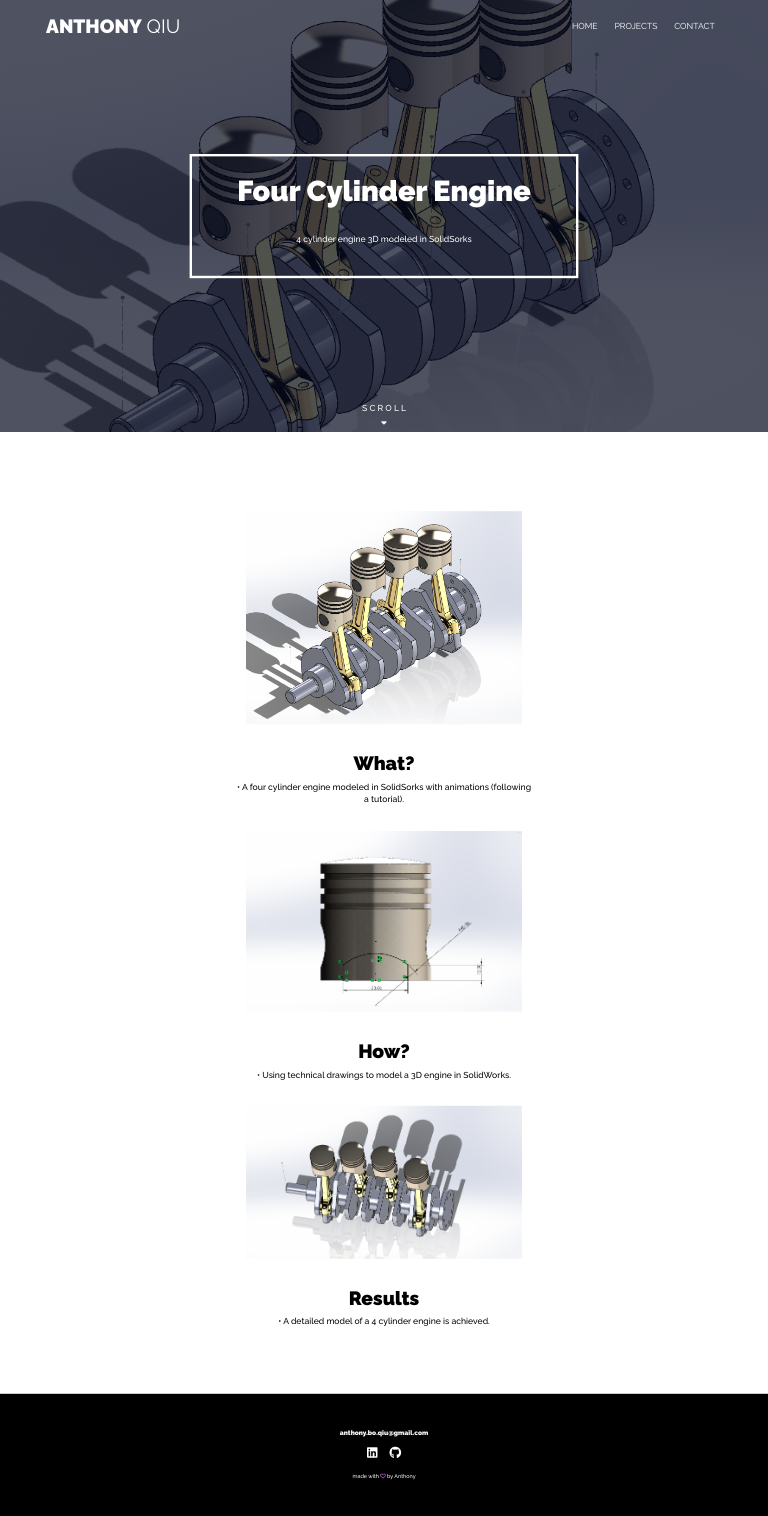
Repository: 7UM1N/anthonyq.github.io
Page: portfolio-item-four-cylinder-engine.html
These files come from the project's save history. The page is drawn as it stood at one moment and after the next save; the edit follows.
The browser window is 1280 px wide. The pictures show the whole page, at 60% of full size.

Above is the page before, as saved 2023-03-12 00:44:44.

After the next save:
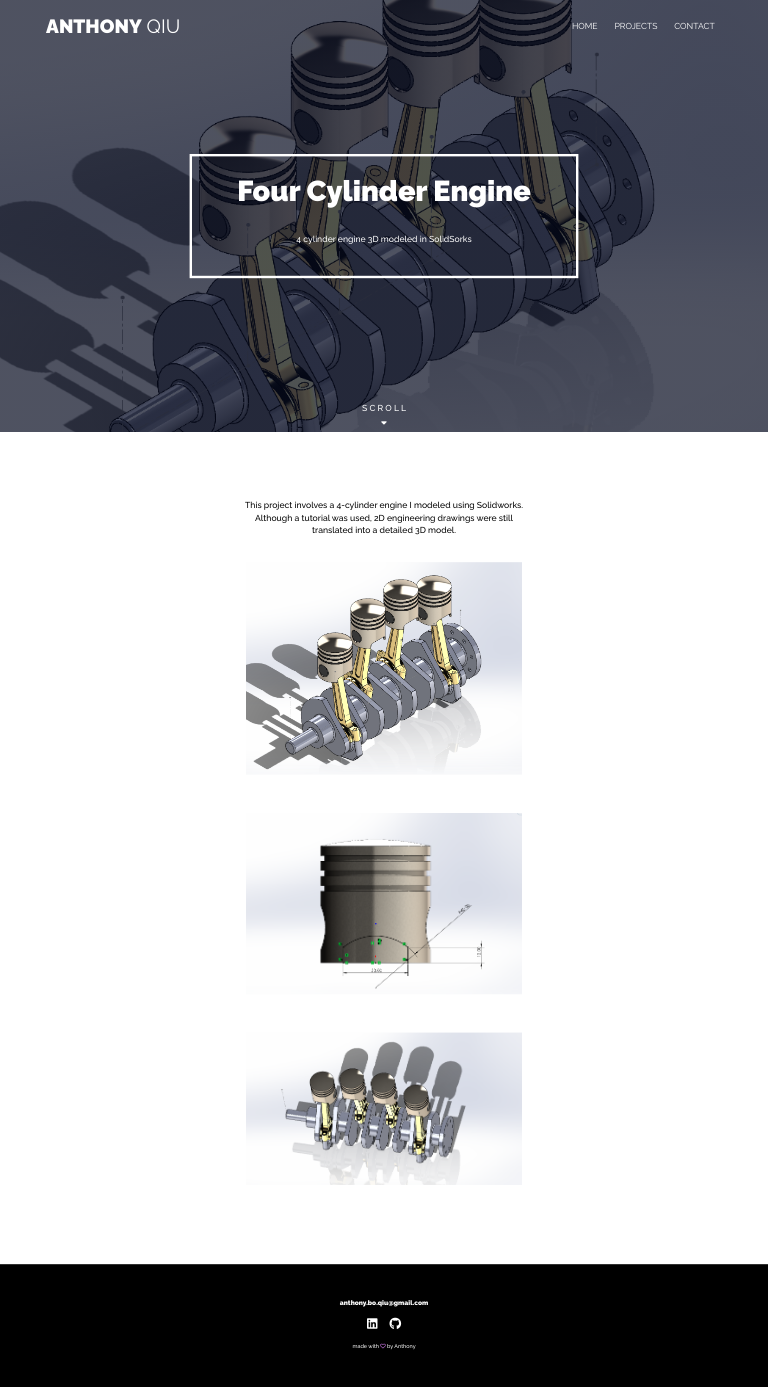
Saved 8 min 0 s later.
--- a/portfolio-item-four-cylinder-engine.html
+++ b/portfolio-item-four-cylinder-engine.html
@@ -51,23 +51,12 @@
 
         <!-- content -->
         <section class="portfolio-item-section">
+            <p>
+                This project involves a 4-cylinder engine I modeled using Solidworks. Although a tutorial was used, 2D engineering drawings were still translated into a detailed 3D model.
+            </p>
             <img src="img/four-cylinder-engine/what.png">
-            <h2>What?</h2>
-            <p>
-                •	A four cylinder engine modeled in SolidSorks with animations (following a tutorial).
-            </p>
-
             <img src="img/four-cylinder-engine/how.png">
-            <h2>How?</h2>
-            <p>
-                •	Using technical drawings to model a 3D engine in SolidWorks.
-            </p>
-
             <img src="img/four-cylinder-engine/results.png">
-            <h2>Results</h2>
-            <p>
-                •	A detailed model of a 4 cylinder engine is achieved.
-            </p>
         </section>
 
         <!-- footer -->
